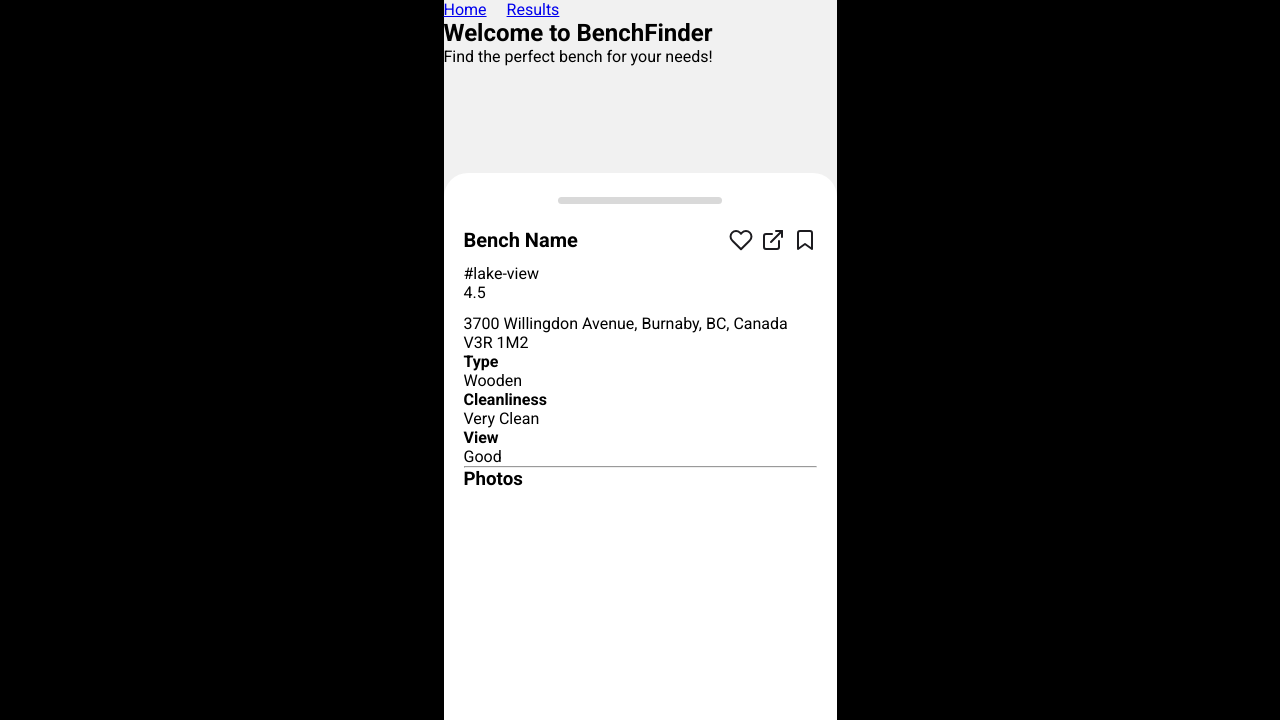
Repository: HidayatPatil/BenchFinder
Page: /
These files come from the project's save history. The page is drawn as it stood at one moment and after the next save; the edit follows.
The browser window is 1280 px wide. The pictures show the whole page.
The project was rebuilt for these pictures with package versions that can differ from the ones it lists, and the page was loaded fresh each time. Also part of the build but not shown: vite.config.js, src/Results.jsx.

Above is the page before, as saved 2025-10-09 21:23:38.

### index.html
<!doctype html>
<html lang="en">
  <head>
    <meta charset="UTF-8" />
    <link rel="icon" type="image/svg+xml" href="/vite.svg" />
    <meta name="viewport" content="width=device-width, initial-scale=1.0" />
    <title>benchfinder</title>
  </head>
  <body>
    <div id="root"></div>
    <script type="module" src="/src/main.jsx"></script>
  </body>
</html>

### src/index.css
@import url('https://fonts.googleapis.com/css2?family=Roboto:wght@400;700&display=swap');

/* Reset default margins and padding */
* {
    margin: 0;
    padding: 0;
    box-sizing: border-box;
}

body, html {
    width: 100%;
    height: 100%;
    overflow: hidden;
    background-color: black;
    display: flex;
    justify-content: center;
    align-items: center;
    font-family: 'Roboto', sans-serif;
}

#root {
    width: 393px;
    min-width: 320px;
    max-width: 425px;
    height: 100vh;
    background-color: rgb(0, 0, 0);
    position: relative;
}

.app_body {
    width: 393px;
    min-width: 320px;
    max-width: 425px;
    height: 100%;
    background-color: #F1F1F1;
    margin: 0 auto;
    position: relative;
}

.drawer_container {
    height: 547px;
    position: absolute;
    bottom: 0;
    padding: 0 20px;
    background-color: #FFFFFF;
    border-radius: 24px 24px 0 0;
}

.drawer_handle {
    width: 164px;
    height: 7px;
    border-radius: 100px;
    background-color: #D9D9D9;
    margin: 24px auto;
}

.data_metadata {
    display: flex;
    flex-direction: column;
    gap: 12px;
}

.metadata_name_options {
    display: flex;
    justify-content: space-between;
    align-items: center;

    h2 {
        font-size: 20px;
        font-weight: 600;
    }

    .bench_metadata_options {
        display: flex;
        gap: 8px;
    }

    .option_icons {
        height: 24px;
        width: 24px;
        color: #1C1B1F;
    }
}

### src/App.jsx
import { Routes, Route, Link } from 'react-router-dom'
import Result from './Results'
import Home from './Home'

export default function App(){
  return (
    <div className="app_body">
      {/* <h1 className="container">BenchFinder App</h1> */}
      <nav>
        <Link to="/" style={{ marginRight: '20px' }}>Home</Link>
        <Link to="/results">Results</Link>
      </nav>

      <Routes>
        <Route path="/" element={<Home />} />
        <Route path="/results" element={<Result />} />
      </Routes>
    </div>
  )
}

### src/Home.jsx
import ContentDrawer from "./components/contentDrawer"

export default function Home() {
  return (
    <div>
      <h2>Welcome to BenchFinder</h2>
      <p>Find the perfect bench for your needs!</p>
      <div className="google_maps">
        <img />
      </div>
      <ContentDrawer />
    </div>
  )
}

### src/components/contentDrawer.jsx
import { FiHeart } from "react-icons/fi";
import { FiExternalLink } from "react-icons/fi";
import { FiBookmark } from "react-icons/fi";
import { IconContext } from "react-icons";

export default function ContentDrawer() {
  return (
    <div className="drawer_container">
      <div className="drawer_handle"></div>
      <div className="bench_data">
        <div className="data_metadata">
          <div className="metadata_name_options">
            <h2>Bench Name</h2>
            <div className="bench_metadata_options">
              <IconContext.Provider value={{ className: "option_icons" }}>
                <FiHeart />
                <FiExternalLink />
                <FiBookmark />
              </IconContext.Provider>
            </div>
          </div>
          <div className="metadata_tags_rating">
            <div className="bench_tags">#lake-view</div>
            <div className="bench_rating">4.5</div>
          </div>
          <p className="metadata_address">
            3700 Willingdon Avenue, Burnaby, BC, Canada V3R 1M2
          </p>
        </div>
        <div className="data_bench_overview">
          <div className="bench_type">
            <h4 className="overview_title">Type</h4>
            <p className="overview_content">Wooden</p>
          </div>
          <div className="bench_cleanliness">
            <h4 className="overview_title">Cleanliness</h4>
            <p className="overview_content">Very Clean</p>
          </div>
          <div className="bench_view">
            <h4 className="overview_title">View</h4>
            <p className="overview_content">Good</p>
          </div>
        </div>
      </div>
      <hr />
      <div className="bench_photos">
        <div className="photos_heading">
          <h3>Photos</h3>
          {/* <img "add plus icon" />  */}
        </div>
        <div className="photos_gallery">
          <div className="gallery_image"></div>
          <div className="gallery_image"></div>
          <div className="gallery_image"></div>
        </div>
      </div>
    </div>
  );
}

Loaded but not shown: src/main.jsx (common file)

After the next save:
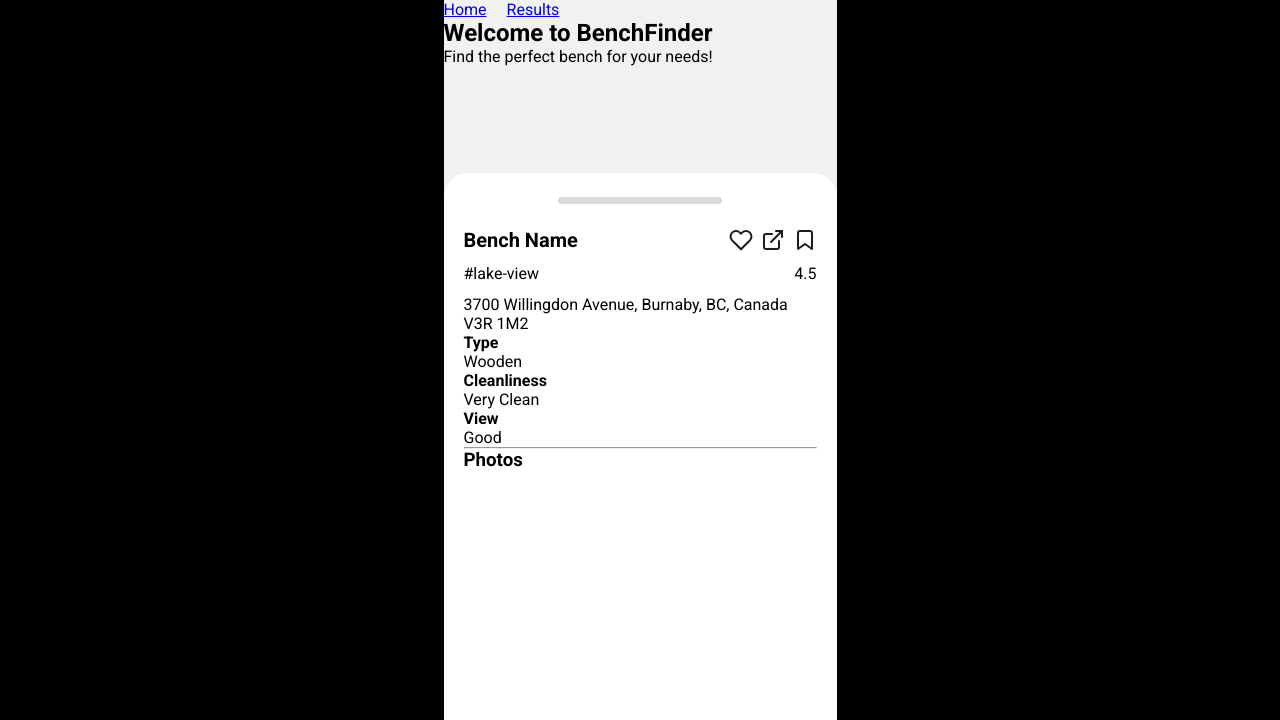
Saved 43 s later.
--- a/src/index.css
+++ b/src/index.css
@@ -81,3 +81,9 @@ body, html {
         color: #1C1B1F;
     }
 }
+
+.metadata_tags_rating {
+    display: flex;
+    justify-content: space-between;
+    align-items: center;
+}
